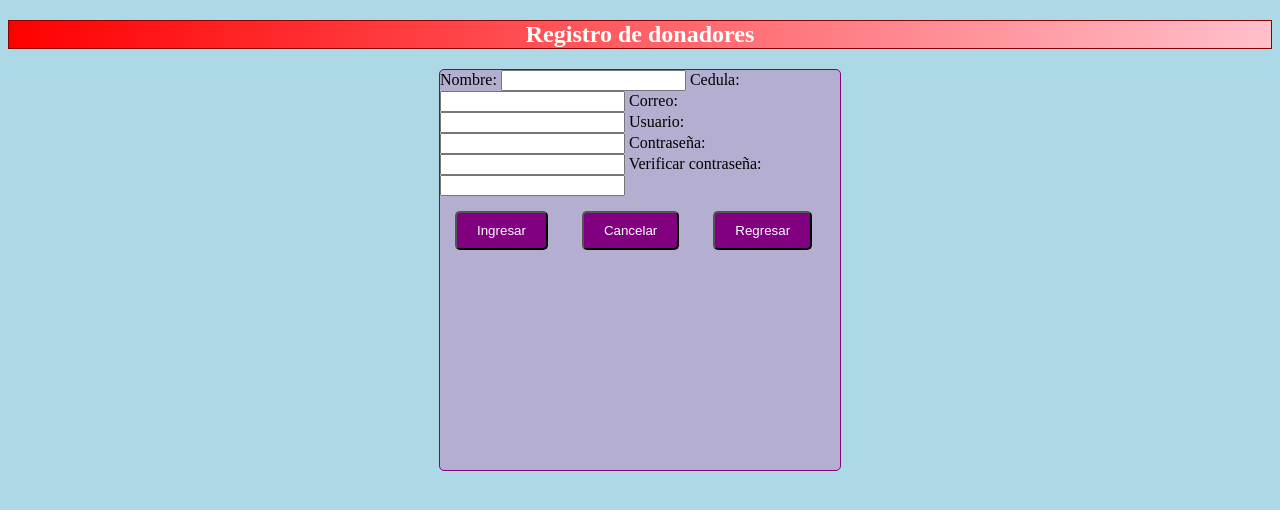
Repository: sonicspeed1/examen1_codigo_bryansantillan
Page: http://localhost/examen_1_bryan_santillan/registro_donadores.jsp
These files come from the project's save history. The page is drawn as it stood at one moment and after the next save; the edit follows.
The browser window is 1280 px wide. The pictures show the whole page.
The page is served by Tomcat 9. Other server files are loaded and not shown.

Above is the page before, as saved 2024-05-25 17:45:30.

### examen_1_bryan_santillan/src/main/webapp/registro_donadores.jsp
<%@ page language="java" contentType="text/html; charset=UTF-8"
    pageEncoding="UTF-8"%>
<!DOCTYPE html>
<html>
<head>
<meta charset="UTF-8">
<title>Registro donadores</title>
<link href="estilo.css" rel="stylesheet"/>
</head>
<body class="cuerpo">
<h2 class="cuadro3">Registro de donadores</h2>
<div class="container">
    <div class="cuadro2">
<label class="item_reg">Nombre: <input type="text" name="nombre"></label>
<label class="item_reg">Cedula: <input type="text" name="ci"></label>
<label class="item_reg">Correo: <input type="text" name="correo"></label>
<label class="item_reg">Usuario: <input type="text" name="us"></label>
<label class="item_reg">Contraseña: <input type="password" name="cont1"></label>
<label class="item_reg">Verificar contraseña: <input type="password" name="cont2"></label>
 <div class="item_reg">
  <input value="Ingresar" name="ingresar" type="submit" class="button">
 <input value="Cancelar" name="cancelar" type="reset" class="button">
 <input value="Regresar" name="regresar" type="submit" class="button">
 </div>
</div>
</div>
</body>
</html>

### examen_1_bryan_santillan/src/main/webapp/estilo.css
@charset "UTF-8";
.cuerpo{
	background-color: lightblue;
}
.cuadro{
	background-color:lightgreen;
	border: 1px solid green;
	display: block;

}
.cuadro2 {
    background-color: #b4aed0;
    border-radius: 5px;
    border: 1px solid purple;
    height: 400px;
    width: 400px;
}
.cuadro3{
	    background: linear-gradient(to right,red,pink);
	    text-align:center;
	    color: white;
	     border: 1px solid darkred;
}
.titulo{
	color: white;
	transition: color 0.3s, text-shadow 0.3s;
	font-family: 'Comic Sans MS', cursive, sans-serif;
	 text-align: center;
}

.titulo:hover {
    color: blue;
    text-shadow: 2px 2px 5px rgba(0, 0, 0, 0.5);
}
.menu{
	list-style-type: none;
    padding: 0;
    background-color: #80ff80;
    border: 1px solid green;
    margin: 0 auto;
    }
.item {
    display: inline-block;
    position: relative;
}
.container {
    display: flex;
    justify-content: center;
    align-items: center;
    margin-top: 20px;
}
.titulo2{
	color: white;
	transition: color 0.3s, text-shadow 0.3s;
	font-family: 'Comic Sans MS', cursive, sans-serif;
	 text-align: center;
}

.titulo2:hover {
    color: red;
    text-shadow: 2px 2px 5px rgba(0, 0, 0, 0.5);
}
.item_login{
	   display: flex;
    justify-content: center;
    align-items: center;
    margin-bottom: 20px;
}
.button{
	background-color: purple;
	border-radius: 5px;
	color: white;
	padding: 10px 20px;
	margin: 15px;
	font-family: 'Comic Sans MS', cursive, sans-serif;
}
.hiper{
	margin-right: 25px;
}

After the next save:
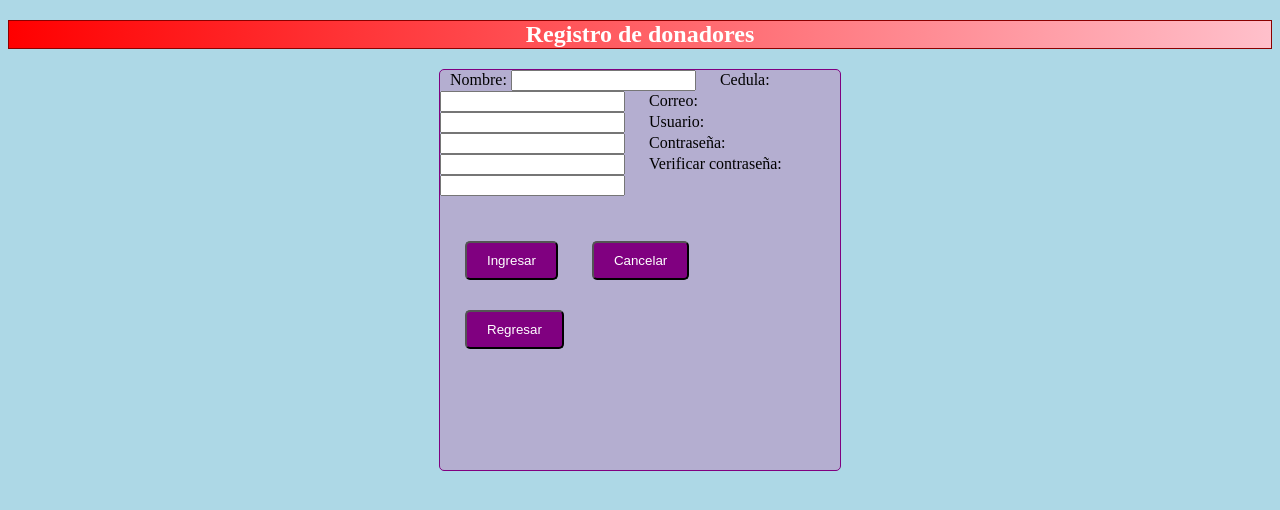
Saved 1 s later.
--- a/examen_1_bryan_santillan/src/main/webapp/estilo.css
+++ b/examen_1_bryan_santillan/src/main/webapp/estilo.css
@@ -77,3 +77,8 @@
 .hiper{
 	margin-right: 25px;
 }
+
+.item_reg{
+	   margin-top:20px;
+	   padding: 10px 10px;
+}
